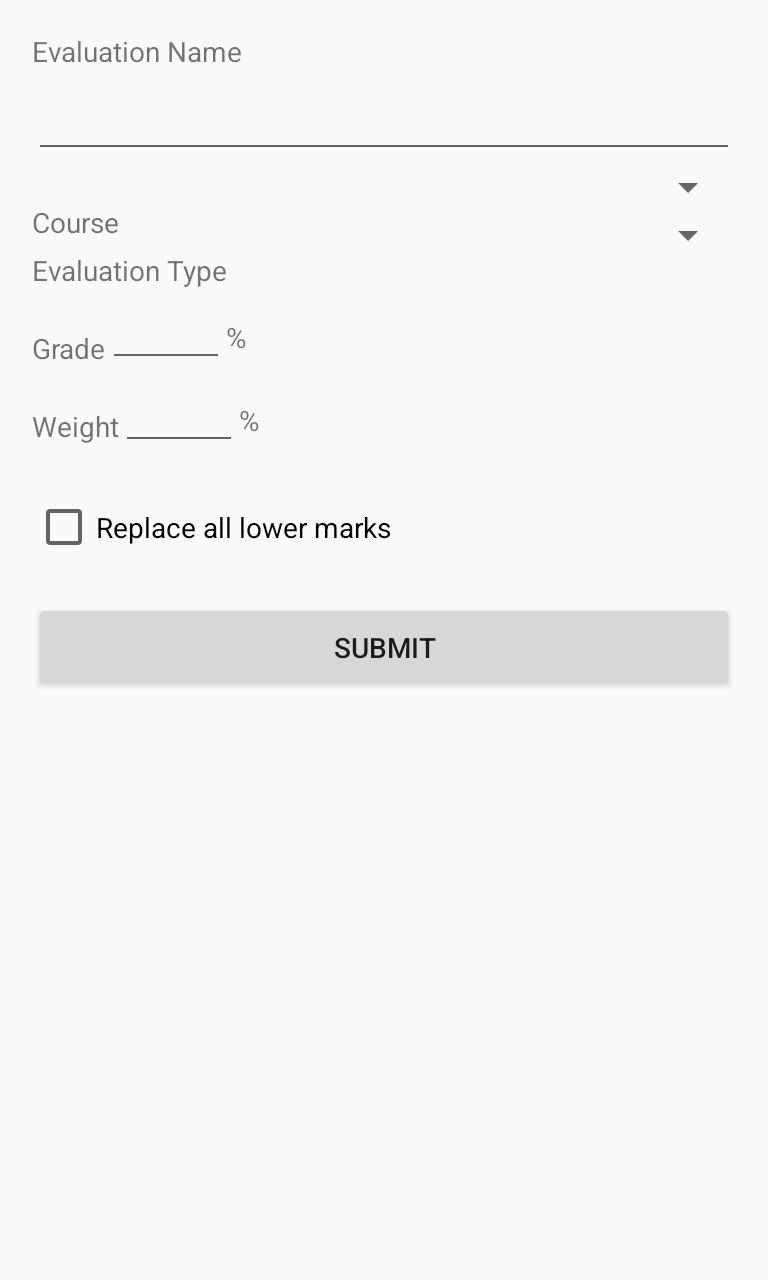
Repository: Tenergy05/GradePlanner
Layout: GradePlanner/res/layout/activity_add_mark.xml
These files come from the project's save history. The layout is drawn as it stood at one moment and after the next save; the edit follows.
It is drawn on a 768 x 1280 px phone screen (xhdpi) without system bars, with theme AppTheme; the app's code is not run.

Above is the layout before, as saved 2014-12-30 22:13:33.

After the next save:
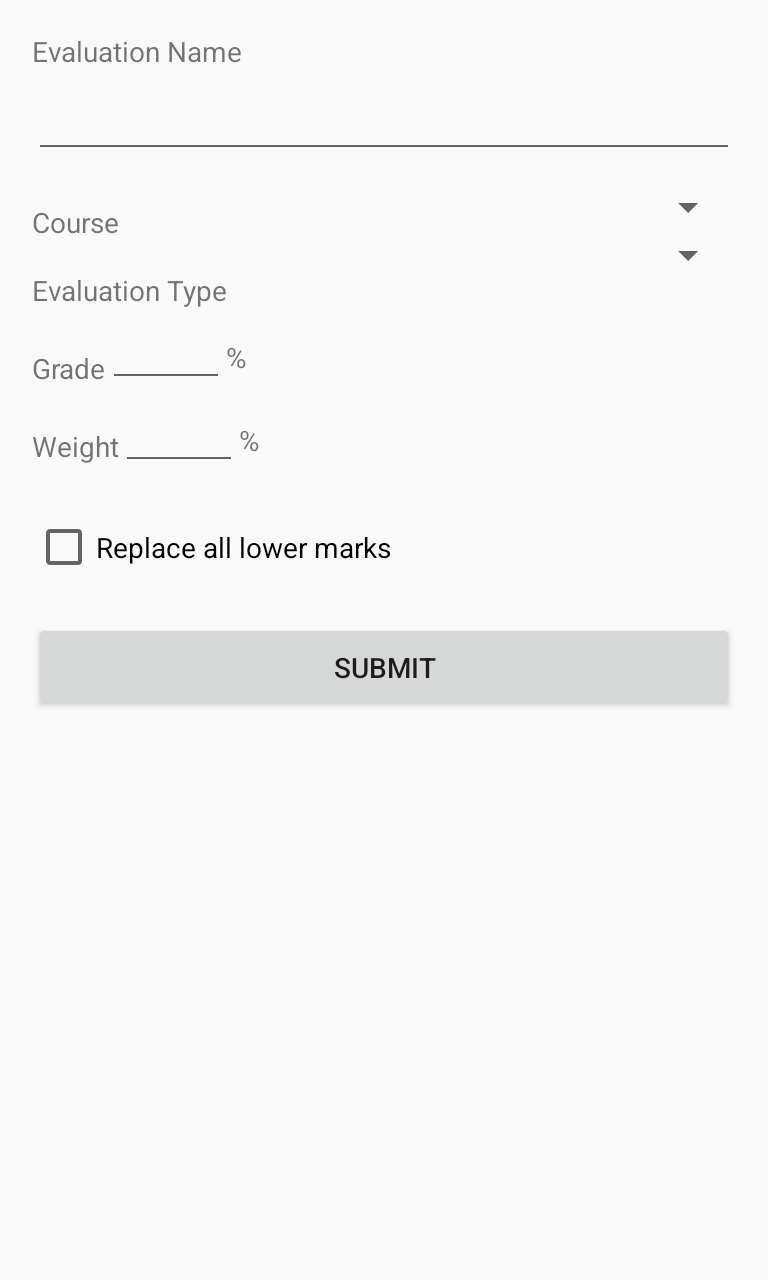
Saved 3 min 11 s later.
--- a/GradePlanner/res/layout/activity_add_mark.xml
+++ b/GradePlanner/res/layout/activity_add_mark.xml
@@ -40,7 +40,8 @@
         android:layout_height="wrap_content"
         android:layout_alignRight="@+id/editText1"
         android:layout_below="@+id/editText1"
-        android:layout_toRightOf="@+id/textView2" />
+        android:layout_toRightOf="@+id/textView2"
+        android:layout_marginTop="10dp"/>
 
     <TextView
         android:id="@+id/textView3"
